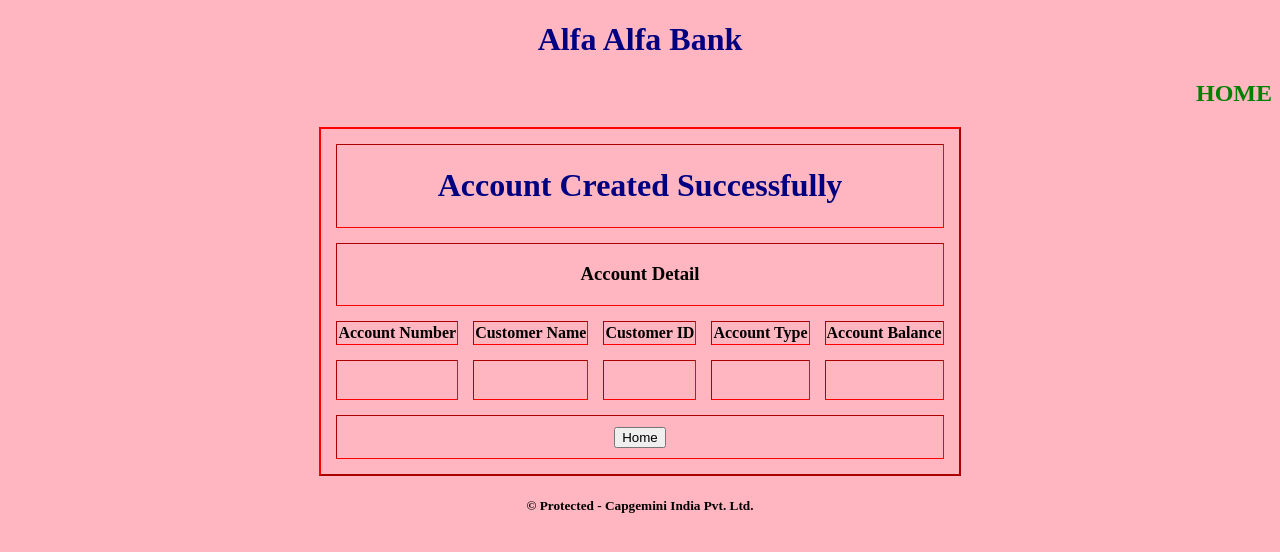
Repository: Rccalfa123/OnlineBankingApp
Page: http://localhost/AlfaAlfaBankApp/addNewSuccess.jsp
The author's editor kept a copy of each file at every save. The page is drawn from the files as they stood at one save, then again after the next save.
The browser window is 1280 px wide. The pictures show the whole page.
The page is served by Tomcat 9.

Above is the page before, as saved 2018-08-13 07:26:30.

After the next save:
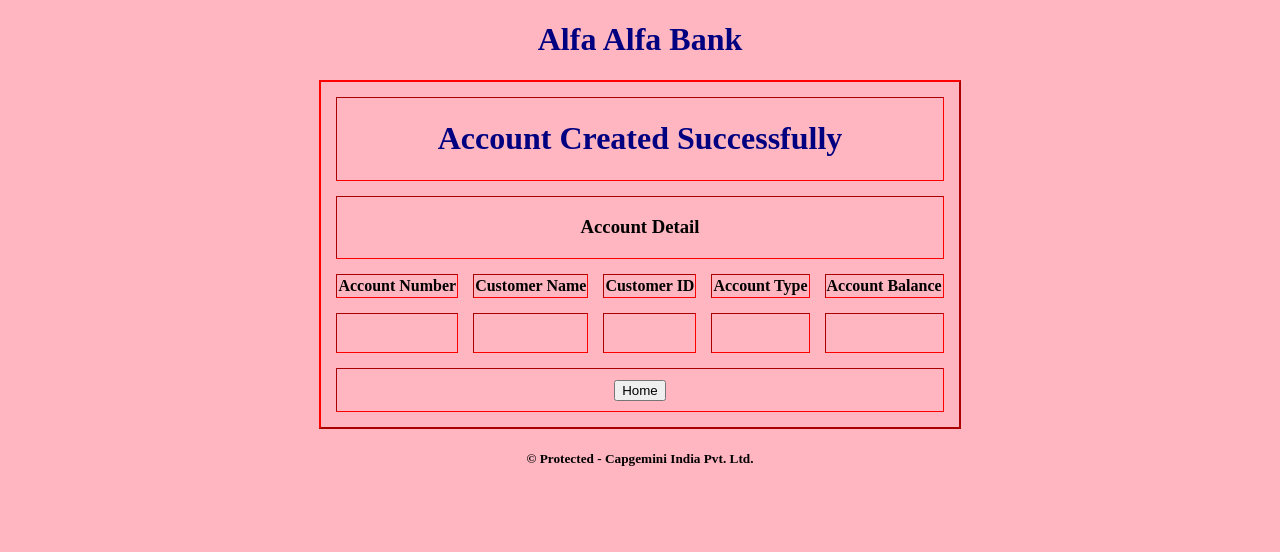
Saved 19 s later.
--- a/AlfaAlfaBankApp/WebContent/header.jsp
+++ b/AlfaAlfaBankApp/WebContent/header.jsp
@@ -1,5 +1,4 @@
 <%@taglib prefix="jstl" uri="http://java.sun.com/jsp/jstl/core" %>
 <div align="center">
 	<h1>Alfa Alfa Bank</h1>
-	<p><h2 align="right"> <a href="home.jsp">HOME</a></h2></p>
 </div>
